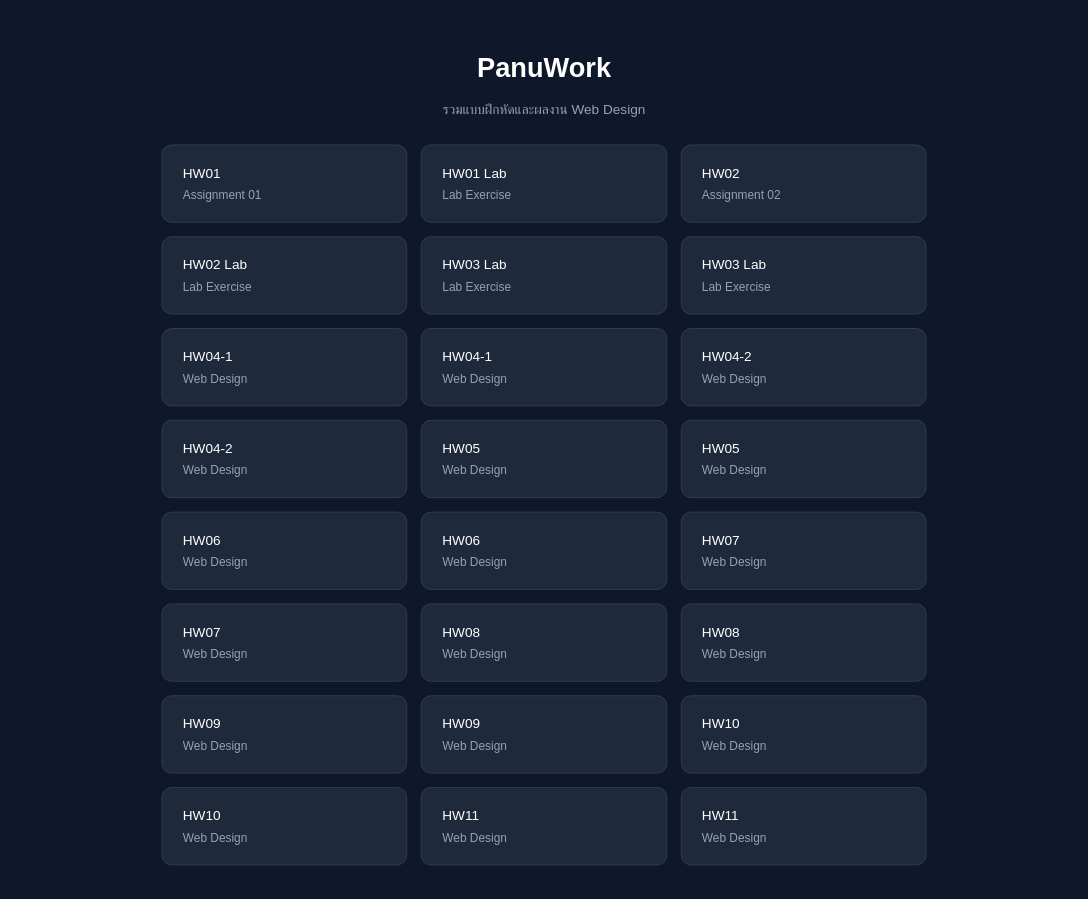
Repository: nuwat-wa/Lab_Ass_WebDesign
Page: index.html
An editor plug-in stored every save of this project. The page is shown before and after a run of saves, followed by the edit.
The browser window is 1280 px wide. The pictures show the whole page, at 85% of full size.

Above is the page before, as saved 2026-10-21 00:15:03.

### index.html
<!doctype html>
<html lang="th">
  <head>
    <meta charset="UTF-8" />
    <meta name="viewport" content="width=device-width, initial-scale=1.0" />
    <title>PanuWork | My Assignments</title>
    <style>
      * {
        box-sizing: border-box;
      }

      body {
        margin: 0;
        padding: 40px 20px;
        font-family: Arial, sans-serif;
        color: #e5e7eb;
        background: #0f172a;
      }

      main {
        max-width: 900px;
        margin: auto;
      }

      h1 {
        color: #ffffff;
        text-align: center;
      }

      .description {
        margin-bottom: 32px;
        color: #94a3b8;
        text-align: center;
      }

      .grid {
        display: grid;
        grid-template-columns: repeat(auto-fit, minmax(220px, 1fr));
        gap: 16px;
      }

      a {
        display: block;
        padding: 24px;
        border: 1px solid #334155;
        border-radius: 12px;
        color: #ffffff;
        background: #1e293b;
        text-decoration: none;
        transition: 0.2s;
      }

      a:hover {
        border-color: #60a5fa;
        background: #26364d;
        transform: translateY(-3px);
      }

      a span {
        display: block;
        margin-top: 8px;
        color: #94a3b8;
        font-size: 14px;
      }
    </style>
  </head>
  <body>
    <main>
      <h1>PanuWork</h1>
      <p class="description">รวมแบบฝึกหัดและผลงาน Web Design</p>

      <section class="grid">
        <a href="./HW01_IT_Sec1/index-ass.html">
          HW01 <span>Assignment 01</span>
        </a>

        <a href="./HW01_IT_Sec1/index-lab.html">
          HW01 Lab <span>Lab Exercise</span>
        </a>

        <a href="./HW02_IT_Sec1/Ass02.html">
          HW02 <span>Assignment 02</span>
        </a>

        <a href="./HW02_IT_Sec1/Lab02.html">
          HW02 Lab <span>Lab Exercise</span>
        </a>

        <a href="./HW03_IT_Sec1/god-bad-design.pdf">
          HW03 Lab <span>Lab Exercise</span>
        </a>

        <a href="./HW03_IT_Sec1/sitemap.pdf">
          HW03 Lab <span>Lab Exercise</span>
        </a>

        <a href="./HW04-1_IT_Sec1/index.html">
          HW04-1 <span>Web Design</span>
        </a>

        <a href="./HW04-1_IT_Sec1/lab04.html">
          HW04-1 <span>Web Design</span>
        </a>

        <a href="./HW04-1_IT_Sec1/index.html">
          HW04-2 <span>Web Design</span>
        </a>

        <a href="./HW04-1_IT_Sec1/index.html">
          HW04-2 <span>Web Design</span>
        </a>

        <a href="./HW04-1_IT_Sec1/index.html">
          HW05 <span>Web Design</span>
        </a>

        <a href="./HW04-1_IT_Sec1/index.html">
          HW05 <span>Web Design</span>
        </a>

        <a href="./HW04-1_IT_Sec1/index.html">
          HW06 <span>Web Design</span>
        </a>

        <a href="./HW04-1_IT_Sec1/index.html">
          HW06 <span>Web Design</span>
        </a>

        <a href="./HW04-1_IT_Sec1/index.html">
          HW07 <span>Web Design</span>
        </a>

        <a href="./HW04-1_IT_Sec1/index.html">
          HW07 <span>Web Design</span>
        </a>

        <a href="./HW04-1_IT_Sec1/index.html">
          HW08 <span>Web Design</span>
        </a>

        <a href="./HW04-1_IT_Sec1/index.html">
          HW08 <span>Web Design</span>
        </a>

        <a href="./HW04-1_IT_Sec1/index.html">
          HW09 <span>Web Design</span>
        </a>

        <a href="./HW04-1_IT_Sec1/index.html">
          HW09 <span>Web Design</span>
        </a>

        <a href="./HW04-1_IT_Sec1/index.html">
          HW10 <span>Web Design</span>
        </a>

        <a href="./HW04-1_IT_Sec1/index.html">
          HW10 <span>Web Design</span>
        </a>

        <a href="./HW04-1_IT_Sec1/index.html">
          HW11 <span>Web Design</span>
        </a>

        <a href="./HW04-1_IT_Sec1/index.html">
          HW11 <span>Web Design</span>
        </a>
      </section>
    </main>
  </body>
</html>

After the next 4 saves:
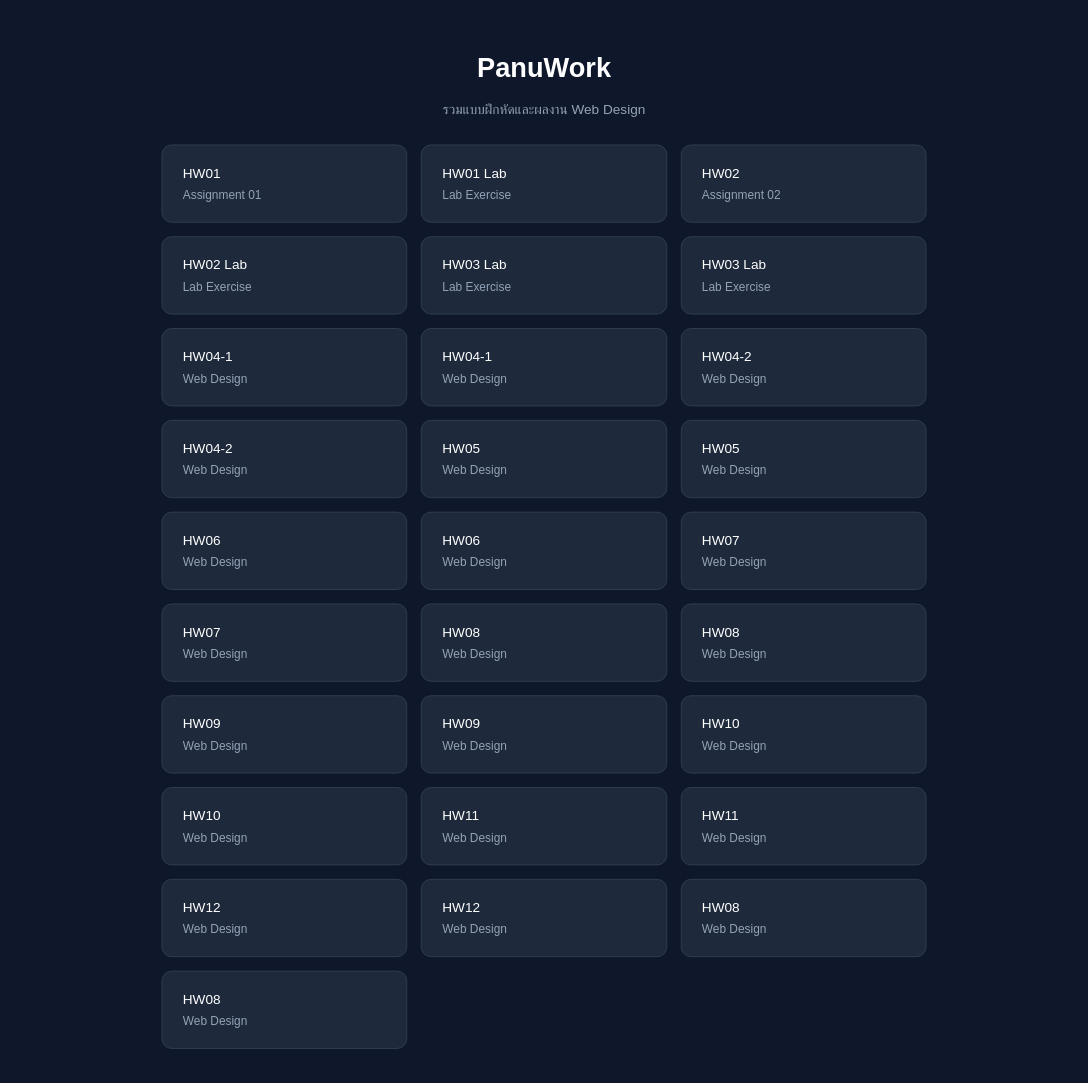
The 4 saves are shown as one change because they came seconds apart.
The last was saved 12 s later.
--- a/index.html
+++ b/index.html
@@ -165,6 +165,22 @@
         <a href="./HW04-1_IT_Sec1/index.html">
           HW11 <span>Web Design</span>
         </a>
+
+        <a href="./HW04-1_IT_Sec1/index.html">
+          HW12 <span>Web Design</span>
+        </a>
+
+        <a href="./HW04-1_IT_Sec1/index.html">
+          HW12 <span>Web Design</span>
+        </a>
+
+        <a href="./HW04-1_IT_Sec1/index.html">
+          HW08 <span>Web Design</span>
+        </a>
+
+        <a href="./HW04-1_IT_Sec1/index.html">
+          HW08 <span>Web Design</span>
+        </a>
       </section>
     </main>
   </body>
